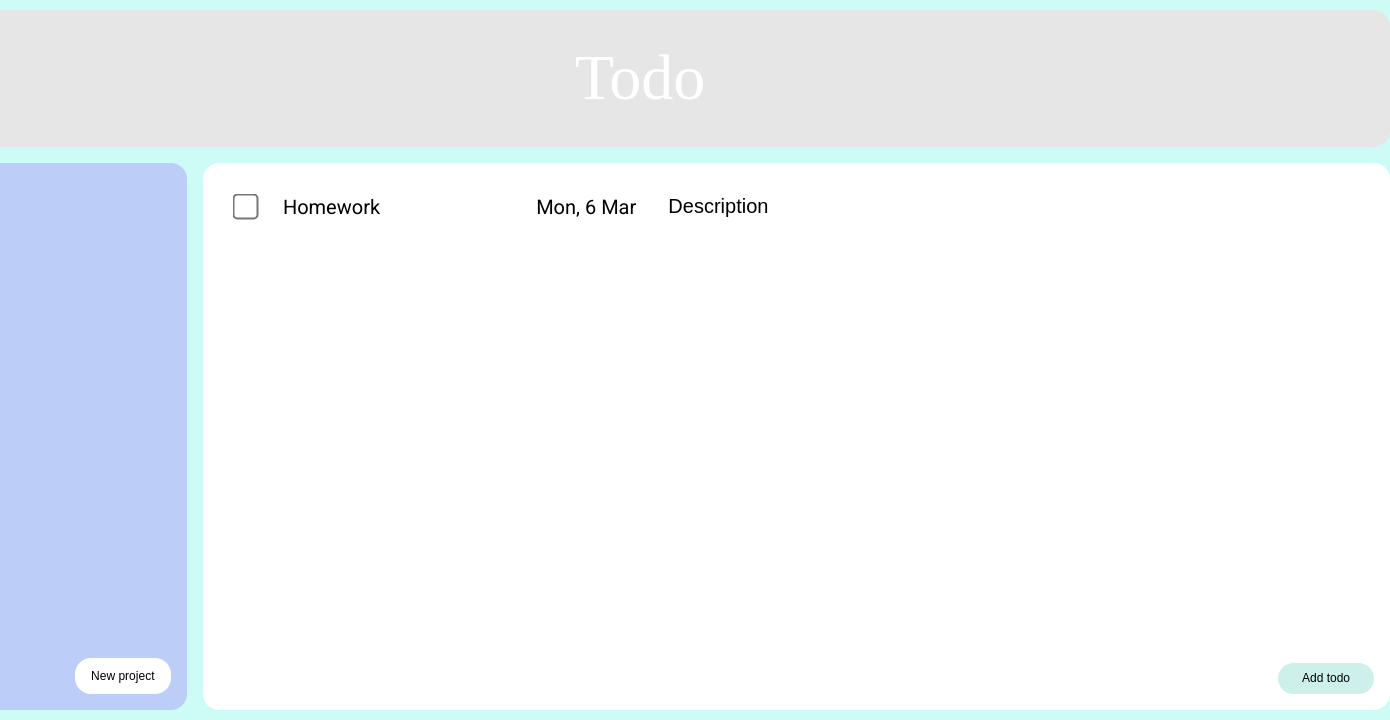
Repository: yeetzpxoci/todo-list
Page: dist/index.html
An editor plug-in stored every save of this project. The page is shown before and after a run of saves, followed by the edit.
The browser window is 1280 px wide. The page is 1390 px wide, so the pictures cover 1390 px, including what lies to the right of the window. The pictures show the whole page.
Some web fonts or font styles are not loaded; a fallback is used.

Above is the page before, as saved 2023-03-07 17:27:19.
Console error: ReferenceError: projectNameSubmit is not defined

After the next 2 saves:
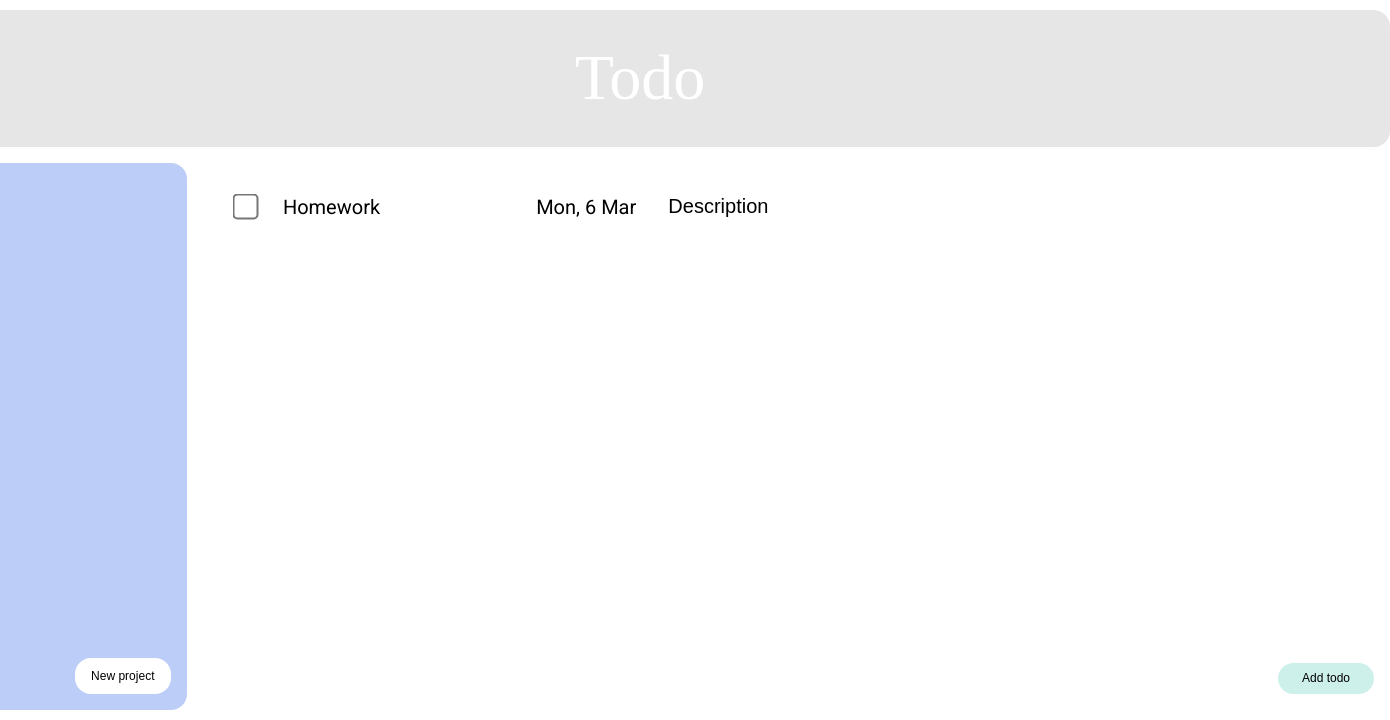
The 2 saves are shown as one change because they came seconds apart.
The last was saved 19 s later.
--- a/dist/styles.css
+++ b/dist/styles.css
@@ -10,7 +10,7 @@ body {
     justify-content: center;
     align-items: center;
     font-family: 'Roboto';
-    background-color: #CDFCF6;
+    background-color: #ffffff;
 }
 
 p {
@@ -24,7 +24,7 @@ p {
     display: grid;
     grid-template-columns: 1fr 4fr;
     grid-template-rows: 1fr 4fr;
-    background-color: #CDFCF6;
+    background-color: #ffffff;
     z-index: 0;
     overflow: hidden;
     border-radius: 16px;
